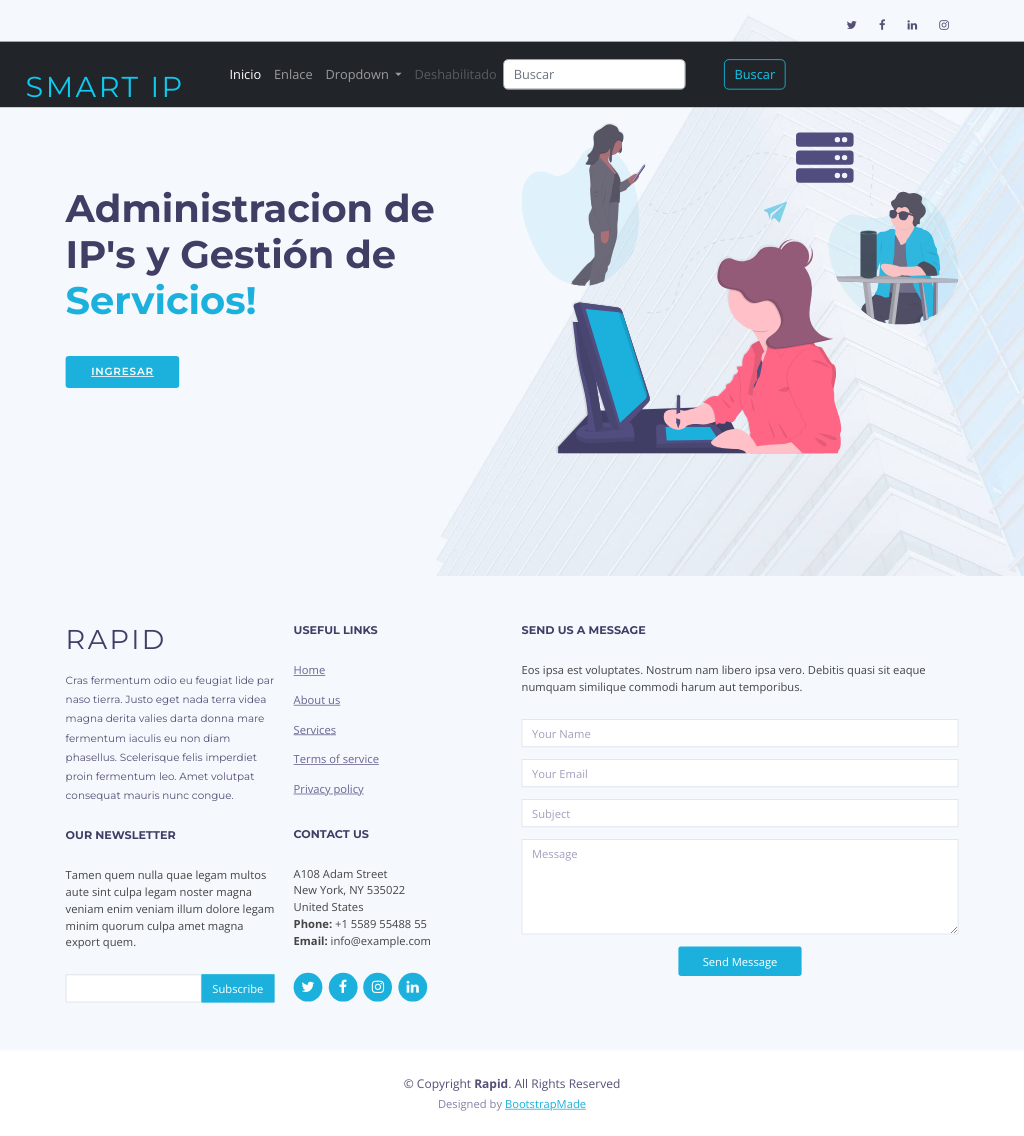
Repository: AlejandroJesusSerrano/SmartIPs
Page: http://localhost/smartipnav/index
The author's editor kept a copy of each file at every save. The page is drawn from the files as they stood at one save, then again after the next save.
The browser window is 1280 px wide. The pictures show the whole page, at 80% of full size.
The page is served by the project's application, run on Django 4.2 (smartip/manage.py). Other server files are loaded and not shown.

Above is the page before, as saved 2022-11-11 13:05:46.

### smartip/smartipnav/templates/smartipnav/index.html
{% extends 'smartipnav/base.html' %}

{% load static %}

{% block content %}
<!--==========================
    Intro Section
  ============================-->
  <section id="intro" class="clearfix">
    <div class="container d-flex h-100">
      <div class="row justify-content-center align-self-center">
        <div class="col-md-6 intro-info order-md-first order-last">
          <h2>Administracion de IP's y Gestión de <span>Servicios!</span></h2>
          <div>
            <a href="#about" class="btn-get-started scrollto">Ingresar</a>
          </div>
        </div>

        <div class="col-md-6 intro-img order-md-last order-first">
          <img src="{% static 'smartipnav/img/intro-img.svg' %}" alt="" class="img-fluid">
        </div>
      </div>

    </div>
  </section><!-- #intro -->
{% endblock %}

### smartip/smartipnav/templates/smartipnav/base.html
<!DOCTYPE html>
<html lang="en">
<head>

  {% load static %}
  <meta charset="utf-8">
  <title>Rapid Bootstrap Template</title>
  <meta content="width=device-width, initial-scale=1.0" name="viewport">
  <meta content="" name="keywords">
  <meta content="" name="description">

  <!-- Favicons -->
  <link href="{% static 'smartipnav/img/favicon.png' %}" rel="icon">
  <link href="{% static 'smartipnav/img/apple-touch-icon.png' %}" rel="apple-touch-icon">

  <!-- Google Fonts -->
  <link href="https://fonts.googleapis.com/css?family=Open+Sans:300,300i,400,400i,500,600,700,700i|Montserrat:300,400,500,600,700" rel="stylesheet">

  <!-- Bootstrap CSS File -->
  <link href="https://cdn.jsdelivr.net/npm/bootstrap@5.2.2/dist/css/bootstrap.min.css" rel="stylesheet" integrity="sha384-Zenh87qX5JnK2Jl0vWa8Ck2rdkQ2Bzep5IDxbcnCeuOxjzrPF/et3URy9Bv1WTRi" crossorigin="anonymous">

  <!-- Libraries CSS Files -->
  <link href="{% static 'smartipnav/lib/font-awesome/css/font-awesome.min.css' %}" rel="stylesheet">
  <link href="{% static 'smartipnav/lib/animate/animate.min.css' %}" rel="stylesheet">
  <link href="{% static 'smartipnav/lib/ionicons/css/ionicons.min.css' %}" rel="stylesheet">
  <link href="{% static 'smartipnav/lib/owlcarousel/assets/owl.carousel.min.css' %}" rel="stylesheet">
  <link href="{% static 'smartipnav/lib/lightbox/css/lightbox.min.css' %}" rel="stylesheet">

  <!-- Main Stylesheet File -->
  <link href="{% static 'smartipnav/css/style.css' %}" rel="stylesheet">

  <!-- =======================================================
    Theme Name: Rapid
    Theme URL: https://bootstrapmade.com/rapid-multipurpose-bootstrap-business-template/
    Author: BootstrapMade.com
    License: https://bootstrapmade.com/license/
  ======================================================= -->
</head>

<body>
  <!--==========================
  Header
  ============================-->
  <header id="header">

    <div id="topbar">
      <div class="container">
        <div class="social-links">
          <a href="#" class="twitter"><i class="fa fa-twitter"></i></a>
          <a href="#" class="facebook"><i class="fa fa-facebook"></i></a>
          <a href="#" class="linkedin"><i class="fa fa-linkedin"></i></a>
          <a href="#" class="instagram"><i class="fa fa-instagram"></i></a>
        </div>
      </div>
    </div>

    <nav class="navbar navbar-expand-lg navbar-dark bg-dark">
      <a class="navbar-brand" href="index">
        <div class="logo float-left">
          <!-- Uncomment below if you prefer to use an image logo -->
          <h1 class="text-bg-dark mx-auto "><a href="#intro" class="scrollto"><span class= "text-info">Smart IP</span></a></h1>
          <!-- <a href="#header" class="scrollto"><img src="img/logo.png" alt="" class="img-fluid"></a> -->
        </div>
      </a>
      <button class="navbar-toggler" type="button" data-bs-toggle="collapse" data-bs-target="#navbarSupportedContent" aria-controls="navbarSupportedContent" aria-expanded="false" aria-label="Toggle navigation">
        <span class="navbar-toggler-icon"></span>
      </button>
      <div class="collapse navbar-collapse" id="navbarSupportedContent">
        <ul class="navbar-nav ms-5 mb-2 mb-lg-0">
          <li class="nav-item">
            <a class="nav-link active" aria-current="page" href="#">Inicio</a>
          </li>
          <li class="nav-item">
            <a class="nav-link" href="#">Enlace</a>
          </li>
          <li class="nav-item dropdown">
            <a class="nav-link dropdown-toggle" href="#" id="navbarDropdown" role="button" data-bs-toggle="dropdown" aria-expanded="false">
              Dropdown
            </a>
            <ul class="dropdown-menu" aria-labelledby="navbarDropdown">
              <li><a class="dropdown-item" href="#">Acción</a></li>
              <li><a class="dropdown-item" href="#">Otra acción</a></li>
              <li><hr class="dropdown-divider"></li>
              <li><a class="dropdown-item" href="#">Algo más aquí</a></li>
            </ul>
          </li>
          <li class="nav-item">
            <a class="nav-link disabled">Deshabilitado</a>
          </li>
        </ul>
        <form class="d-flex" role="search">
          <input class="form-control me-5" type="search" placeholder="Buscar" aria-label="Buscar">
          <button class="btn btn-outline-info" type="submit">Buscar</button>
        </form>
      </div>
    </div>
  </nav>

  <!-- <nav class="main-nav float-none d-none d-lg-block">
        <div class="container-fluid">
        <ul>

          <li><a href="index">Home</a></li>
          <li><a href="users">Usuarios</a></li>
          <li><a href="printers">Impresoras</a></li>
          <li><a href="computers">Computadoras</a></li>
          <li><a href="userspc">Usuarios de PC</a></li>
          <li><a href="offices">Oficinas</a></li>
          <li><a href="ip">IP</a></li>

          <li><a href="#footer">Contact Us</a></li>
        </ul>
      </nav>.main-nav -->

    </div>
  </header><!-- #header -->



    {% block content %}

    {% endblock %}



  <!--==========================
    Footer
  ============================-->
  <footer id="footer" class="section-bg">
    <div class="footer-top">
      <div class="container">

        <div class="row">

          <div class="col-lg-6">

            <div class="row">

                <div class="col-sm-6">

                  <div class="footer-info">
                    <h3>Rapid</h3>
                    <p>Cras fermentum odio eu feugiat lide par naso tierra. Justo eget nada terra videa magna derita valies darta donna mare fermentum iaculis eu non diam phasellus. Scelerisque felis imperdiet proin fermentum leo. Amet volutpat consequat mauris nunc congue.</p>
                  </div>

                  <div class="footer-newsletter">
                    <h4>Our Newsletter</h4>
                    <p>Tamen quem nulla quae legam multos aute sint culpa legam noster magna veniam enim veniam illum dolore legam minim quorum culpa amet magna export quem.</p>
                    <form action="" method="post">
                      <input type="email" name="email"><input type="submit"  value="Subscribe">
                    </form>
                  </div>

                </div>

                <div class="col-sm-6">
                  <div class="footer-links">
                    <h4>Useful Links</h4>
                    <ul>
                      <li><a href="#">Home</a></li>
                      <li><a href="#">About us</a></li>
                      <li><a href="#">Services</a></li>
                      <li><a href="#">Terms of service</a></li>
                      <li><a href="#">Privacy policy</a></li>
                    </ul>
                  </div>

                  <div class="footer-links">
                    <h4>Contact Us</h4>
                    <p>
                      A108 Adam Street <br>
                      New York, NY 535022<br>
                      United States <br>
                      <strong>Phone:</strong> +1 5589 55488 55<br>
                      <strong>Email:</strong> info@example.com<br>
                    </p>
                  </div>

                  <div class="social-links">
                    <a href="#" class="twitter"><i class="fa fa-twitter"></i></a>
                    <a href="#" class="facebook"><i class="fa fa-facebook"></i></a>
                    <a href="#" class="instagram"><i class="fa fa-instagram"></i></a>
                    <a href="#" class="linkedin"><i class="fa fa-linkedin"></i></a>
                  </div>

                </div>

            </div>

          </div>

          <div class="col-lg-6">

            <div class="form">

              <h4>Send us a message</h4>
              <p>Eos ipsa est voluptates. Nostrum nam libero ipsa vero. Debitis quasi sit eaque numquam similique commodi harum aut temporibus.</p>
              <form action="" method="post" role="form" class="contactForm">
                <div class="form-group">
                  <input type="text" name="name" class="form-control" id="name" placeholder="Your Name" data-rule="minlen:4" data-msg="Please enter at least 4 chars" />
                  <div class="validation"></div>
                </div>
                <div class="form-group">
                  <input type="email" class="form-control" name="email" id="email" placeholder="Your Email" data-rule="email" data-msg="Please enter a valid email" />
                  <div class="validation"></div>
                </div>
                <div class="form-group">
                  <input type="text" class="form-control" name="subject" id="subject" placeholder="Subject" data-rule="minlen:4" data-msg="Please enter at least 8 chars of subject" />
                  <div class="validation"></div>
                </div>
                <div class="form-group">
                  <textarea class="form-control" name="message" rows="5" data-rule="required" data-msg="Please write something for us" placeholder="Message"></textarea>
                  <div class="validation"></div>
                </div>

                <div id="sendmessage">Your message has been sent. Thank you!</div>
                <div id="errormessage"></div>

                <div class="text-center"><button type="submit" title="Send Message">Send Message</button></div>
              </form>
            </div>

          </div>



        </div>

      </div>
    </div>

    <div class="container">
      <div class="copyright">
        &copy; Copyright <strong>Rapid</strong>. All Rights Reserved
      </div>
      <div class="credits">
        <!--
          All the links in the footer should remain intact.
          You can delete the links only if you purchased the pro version.
          Licensing information: https://bootstrapmade.com/license/
          Purchase the pro version with working PHP/AJAX contact form: https://bootstrapmade.com/buy/?theme=Rapid
        -->
        Designed by <a href="https://bootstrapmade.com/">BootstrapMade</a>
      </div>
    </div>
  </footer><!-- #footer -->

  <a href="#" class="back-to-top"><i class="fa fa-chevron-up"></i></a>
  <!-- Uncomment below i you want to use a preloader -->
  <!-- <div id="preloader"></div> -->

  <!-- JavaScript Libraries -->
  <script src="{% static 'smartipnav/lib/jquery/jquery.min.js' %}"></script>
  <script src="{% static 'smartipnav/lib/jquery/jquery-migrate.min.js' %}"></script>
  <script src="https://cdn.jsdelivr.net/npm/bootstrap@5.2.2/dist/js/bootstrap.bundle.min.js" integrity="sha384-OERcA2EqjJCMA+/3y+gxIOqMEjwtxJY7qPCqsdltbNJuaOe923+mo//f6V8Qbsw3" crossorigin="anonymous"></script>
  <script src="{% static 'smartipnav/lib/easing/easing.min.js' %}"></script>
  <script src="{% static 'smartipnav/lib/mobile-nav/mobile-nav.js' %}"></script>
  <script src="{% static 'smartipnav/lib/wow/wow.min.js' %}"></script>
  <script src="{% static 'smartipnav/lib/waypoints/waypoints.min.js' %}"></script>
  <script src="{% static 'smartipnav/lib/counterup/counterup.min.js' %}"></script>
  <script src="{% static 'smartipnav/lib/owlcarousel/owl.carousel.min.js' %}"></script>
  <script src="{% static 'smartipnav/lib/isotope/isotope.pkgd.min.js' %}"></script>
  <script src="{% static 'smartipnav/lib/lightbox/js/lightbox.min.js' %}"></script>
  <!-- Contact Form JavaScript File -->
  <script src="{% static 'smartipnav/contactform/contactform.js' %}"></script>

  <!-- Template Main Javascript File -->
  <script src="{% static 'smartipnav/js/main.js' %}"></script>

</body>
</html>

### smartip/smartipnav/views.py
from django.shortcuts import render

# Create your.htmls here.

def index(request):
    return render(request, "smartipnav/index.html")

def printers(request):
    return render(request, "smartipnav/printers.html")

def computer(request):
    return render(request, "smartipnav/computer.html")

def ip(request):
    return render(request, "smartipnav/ip.html")

def userspc(request):
    return render(request, "smartipnav/userspc.html")

def office(request):
    return render(request, "smartipnav/office.html")

def users(request):
    return render(request, "smartipnav/users.html")

### smartip/smartip/urls.py
"""smartip URL Configuration

The `urlpatterns` list routes URLs to views. For more information please see:
    https://docs.djangoproject.com/en/4.1/topics/http/urls/
Examples:
Function views
    1. Add an import:  from my_app import views
    2. Add a URL to urlpatterns:  path('', views.home, name='home')
Class-based views
    1. Add an import:  from other_app.views import Home
    2. Add a URL to urlpatterns:  path('', Home.as_view(), name='home')
Including another URLconf
    1. Import the include() function: from django.urls import include, path
    2. Add a URL to urlpatterns:  path('blog/', include('blog.urls'))
"""
from django.contrib import admin
from django.urls import path, include


urlpatterns = [
    path('admin/', admin.site.urls),
    path('smartipnav/', include('smartipnav.urls'))
]

### smartip/smartipnav/urls.py
from django.urls import path
from smartipnav import views

urlpatterns = [
    path('index', views.index),
    path('printers', views.printers, name="Printers"),
    path('computers', views.computer, name="Computers"),
    path('ip', views.ip, name="Ip"),
    path('userspc', views.userspc, name="UsersPc"),
    path('offices', views.office, name="Offices"),
    path('users', views.users, name="Users"),
]

Loaded but not shown: smartip/smartipnav/static/smartipnav/lib/font-awesome/css/font-awesome.min.css (library); smartip/smartipnav/static/smartipnav/lib/animate/animate.min.css (library); smartip/smartipnav/static/smartipnav/lib/ionicons/css/ionicons.min.css (library); smartip/smartipnav/static/smartipnav/lib/owlcarousel/assets/owl.carousel.min.css (library); smartip/smartipnav/static/smartipnav/lib/lightbox/css/lightbox.min.css (common file); smartip/smartipnav/static/smartipnav/lib/jquery/jquery.min.js (library); smartip/smartipnav/static/smartipnav/lib/jquery/jquery-migrate.min.js (library); smartip/smartipnav/static/smartipnav/lib/easing/easing.min.js (common file); smartip/smartipnav/static/smartipnav/lib/mobile-nav/mobile-nav.js (common file); smartip/smartipnav/static/smartipnav/lib/wow/wow.min.js (library); smartip/smartipnav/static/smartipnav/lib/waypoints/waypoints.min.js (library); smartip/smartipnav/static/smartipnav/lib/counterup/counterup.min.js (common file); smartip/smartipnav/static/smartipnav/lib/owlcarousel/owl.carousel.min.js (library); smartip/smartipnav/static/smartipnav/lib/isotope/isotope.pkgd.min.js (library); smartip/smartipnav/static/smartipnav/lib/lightbox/js/lightbox.min.js (library); smartip/smartipnav/static/smartipnav/img/intro-img.svg (1 lines, source omitted); smartip/smartipnav/static/smartipnav/js/main.js (131 lines, source omitted); smartip/smartipnav/static/smartipnav/contactform/contactform.js (118 lines, source omitted); smartip/smartipnav/static/smartipnav/css/style.css (1569 lines, source omitted)

After the next save:
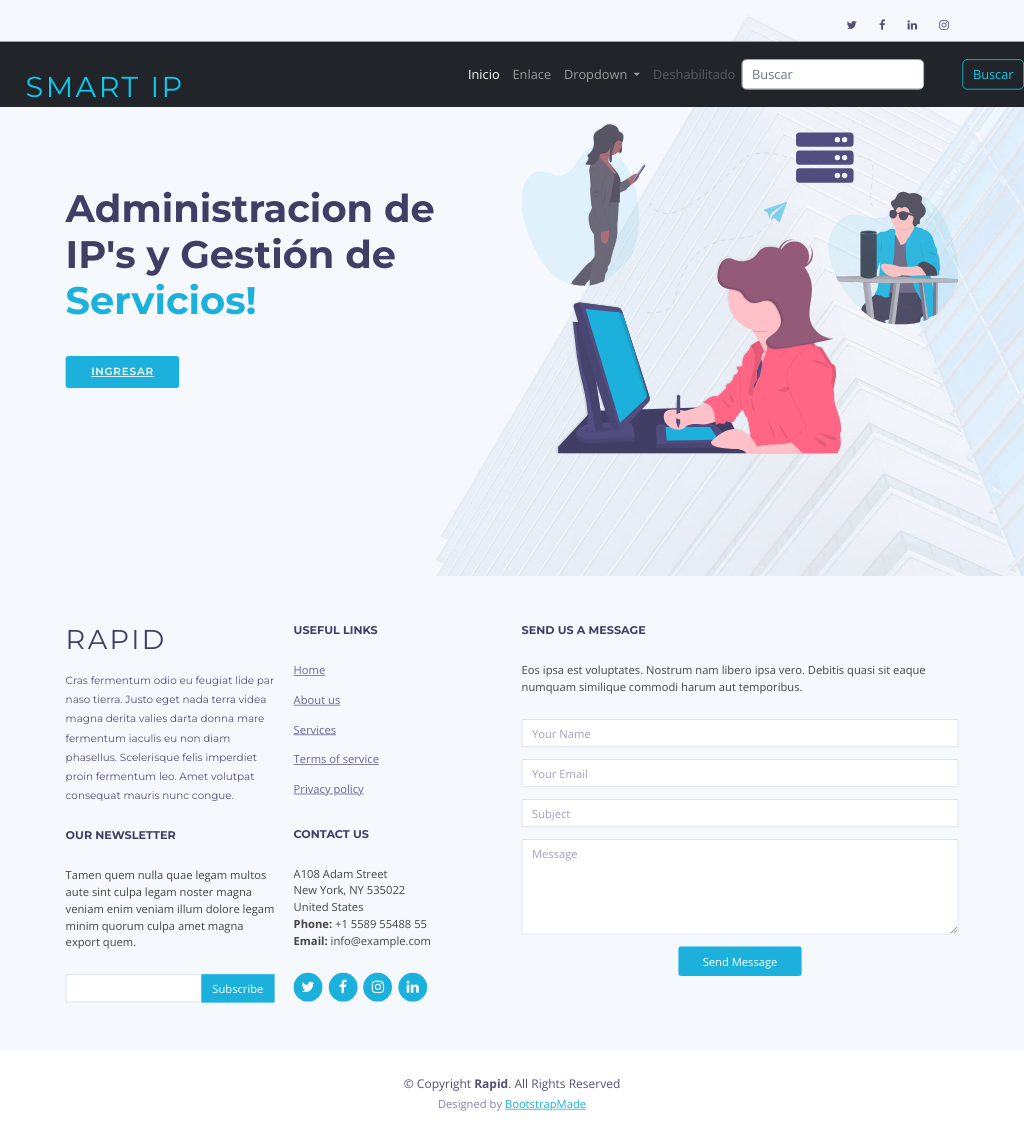
Saved 10 s later.
--- a/smartip/smartipnav/templates/smartipnav/base.html
+++ b/smartip/smartipnav/templates/smartipnav/base.html
@@ -66,7 +66,7 @@
         <span class="navbar-toggler-icon"></span>
       </button>
       <div class="collapse navbar-collapse" id="navbarSupportedContent">
-        <ul class="navbar-nav ms-5 mb-2 mb-lg-0">
+        <ul class="navbar-nav ms-auto mb-2 mb-lg-0">
           <li class="nav-item">
             <a class="nav-link active" aria-current="page" href="#">Inicio</a>
           </li>
